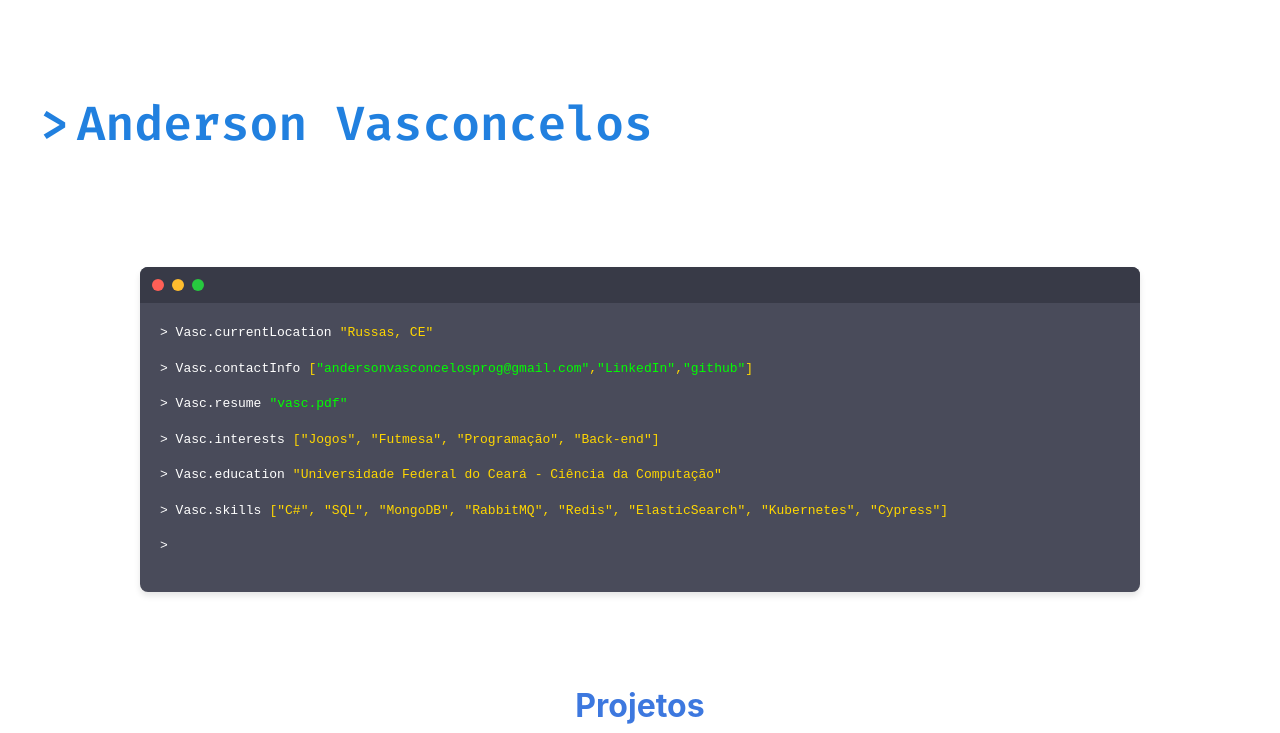
Repository: vascsx/portfolio_vascsx
Page: /
The author's editor kept a copy of each file at every save. The page is drawn from the files as they stood at one save, then again after the next save.
The browser window is 1280 px wide. The pictures show the part of the page from y = 0 to 733 px (the page is 2201 px tall before and 2161 px after).
Pictures or frames that could not be fetched are drawn as grey boxes. The project was rebuilt for these pictures with package versions that can differ from the ones it lists, and the page was loaded fresh each time.

Above is the page before, as saved 2025-03-15 20:24:57.

After the next save:
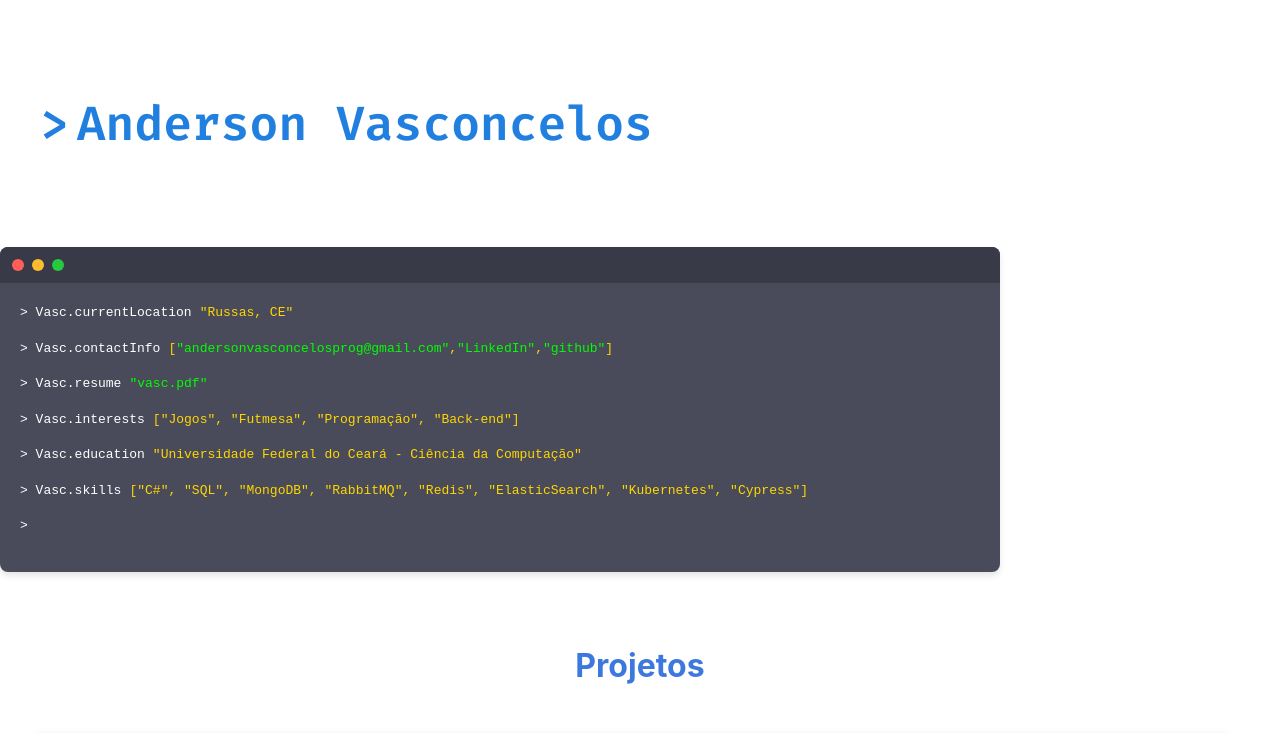
Saved 7 s later.
--- a/src/components/Home.css
+++ b/src/components/Home.css
@@ -2,6 +2,7 @@
   background-color: #494b5a;
   border-radius: 8px;
   width: 1000px;
+  h
   margin: 20px auto;
   font-family: monospace;
   box-shadow: 0 4px 6px rgba(0, 0, 0, 0.1);

After the save that followed:
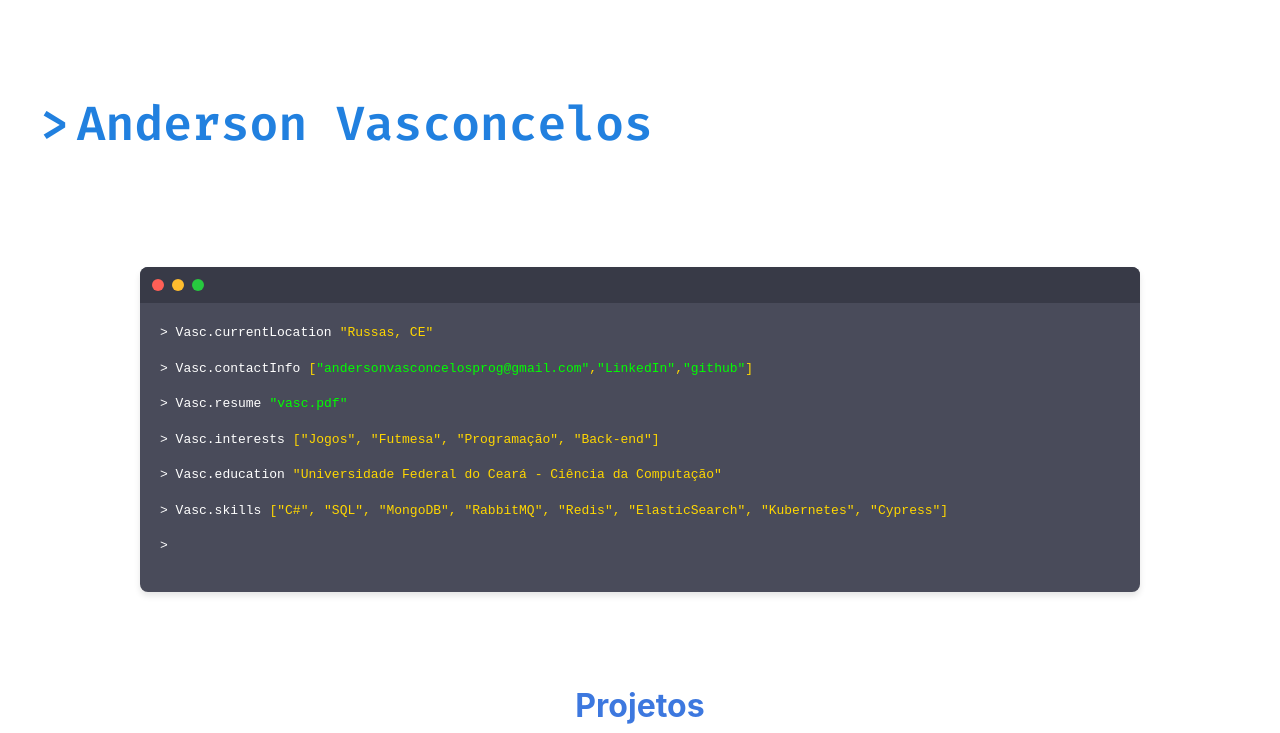
Saved 4 s later.
--- a/src/components/Home.css
+++ b/src/components/Home.css
@@ -2,7 +2,7 @@
   background-color: #494b5a;
   border-radius: 8px;
   width: 1000px;
-  h
+  height: ;
   margin: 20px auto;
   font-family: monospace;
   box-shadow: 0 4px 6px rgba(0, 0, 0, 0.1);
